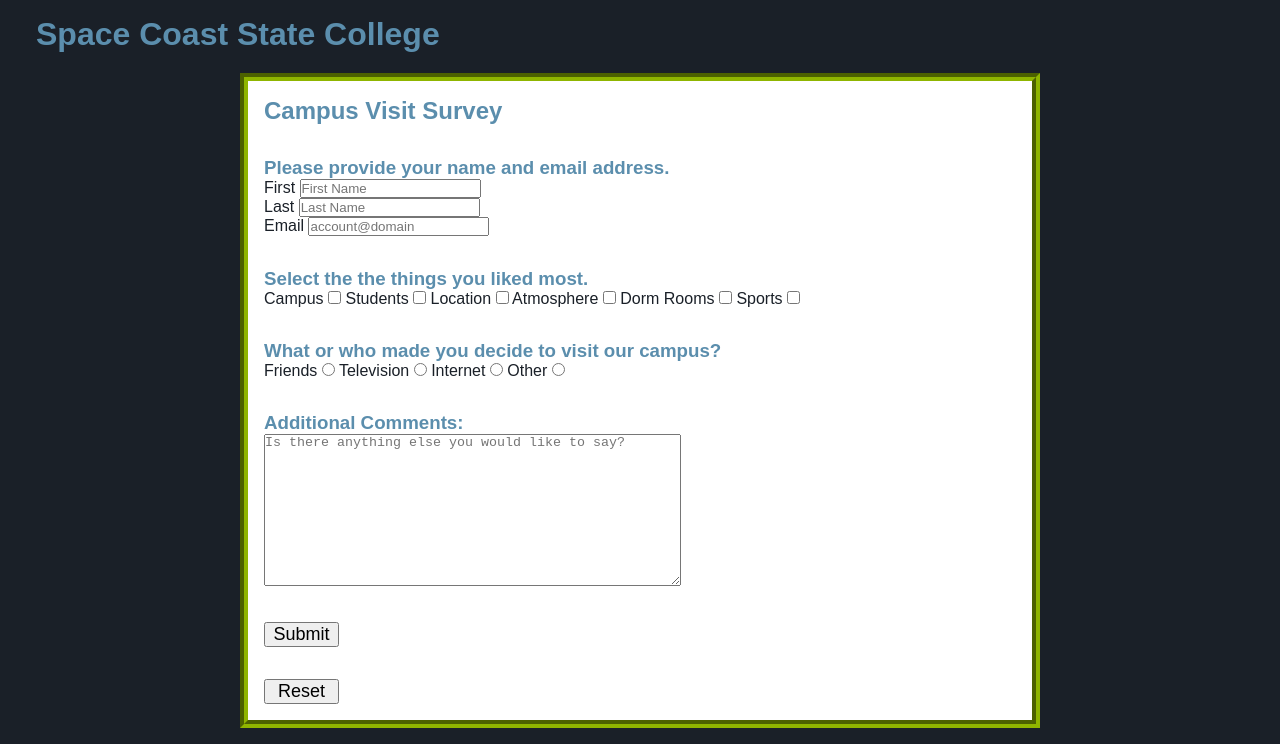
Repository: mlmEFSC21/P2-University-Form
Page: index.html
The author's editor kept a copy of each file at every save. The page is drawn from the files as they stood at one save, then again after the next save.
The browser window is 1280 px wide. The pictures show the whole page.
Some web fonts or font styles are not loaded; a fallback is used.

Above is the page before, as saved 2022-01-29 19:39:42.

After the next save:
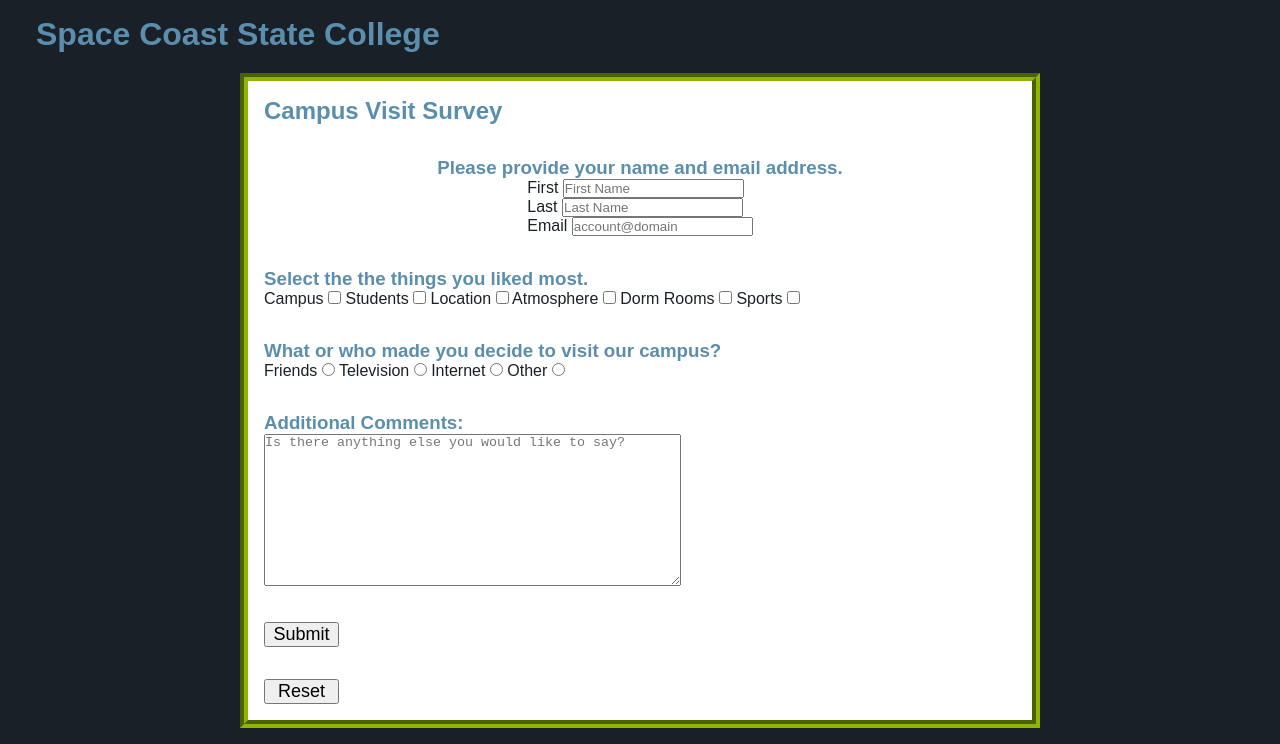
Saved 9 s later.
--- a/uniFormStyles.css
+++ b/uniFormStyles.css
@@ -43,7 +43,7 @@
     color: var(--clr-second);
 }
 .info {
-    justify-content: center;
+    justify-items: center;
 }
 button {
     width: 75px;

After the save that followed:
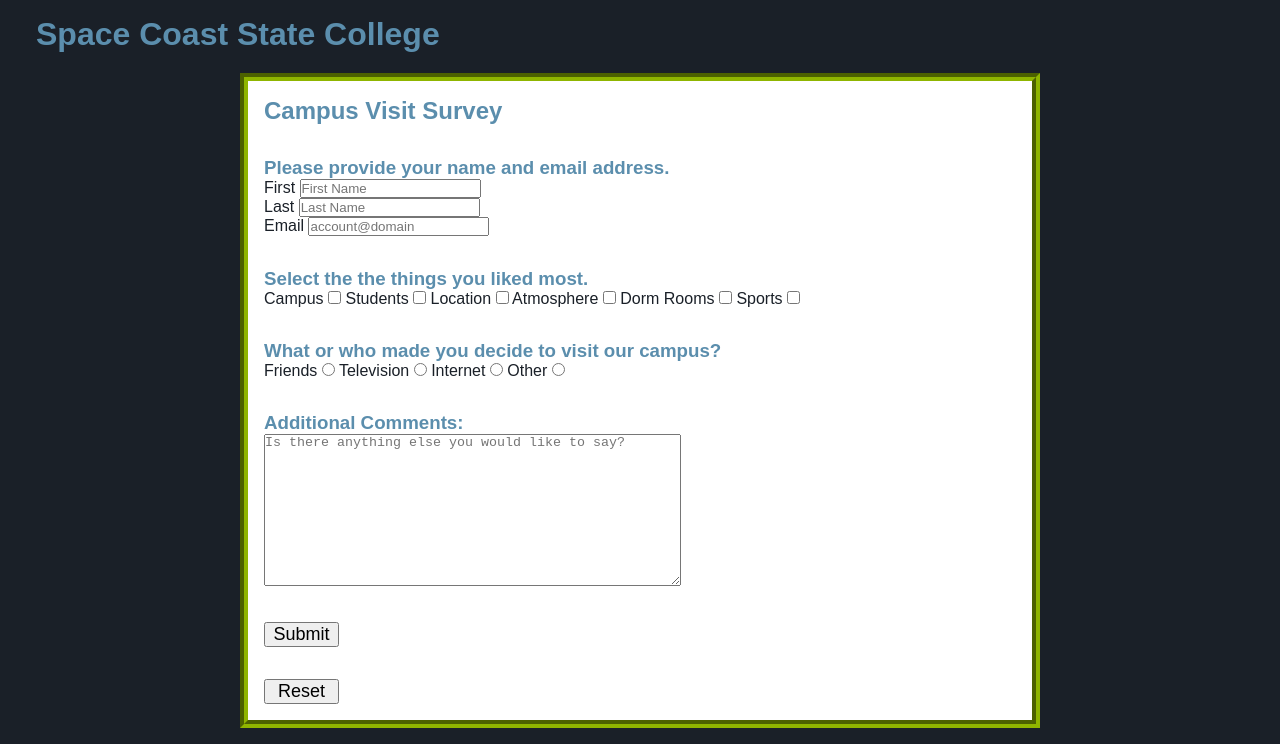
Saved 8 s later.
--- a/uniFormStyles.css
+++ b/uniFormStyles.css
@@ -43,7 +43,6 @@
     color: var(--clr-second);
 }
 .info {
-    justify-items: center;
 }
 button {
     width: 75px;
